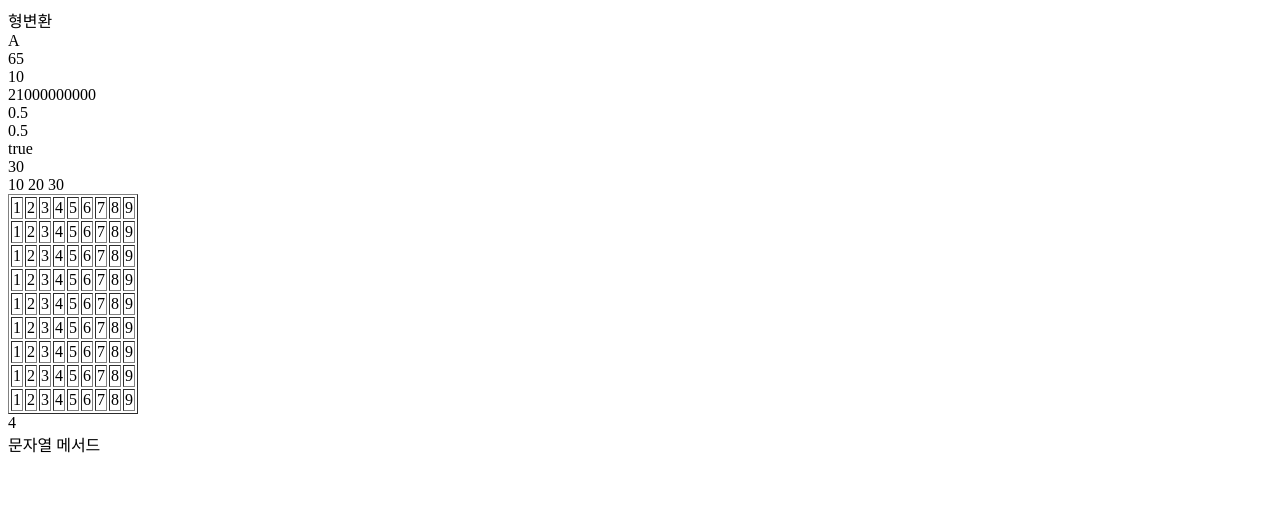
Repository: jeong3/Real_Time_Date
Page: http://localhost/jspGrammar1/Grammar1.jsp
The author's editor kept a copy of each file at every save. The page is drawn from the files as they stood at one save, then again after the next save.
The browser window is 1280 px wide. The pictures show the whole page.
The page is served by Tomcat 9.

Above is the page before, as saved 2024-08-30 05:22:52.

After the next save:
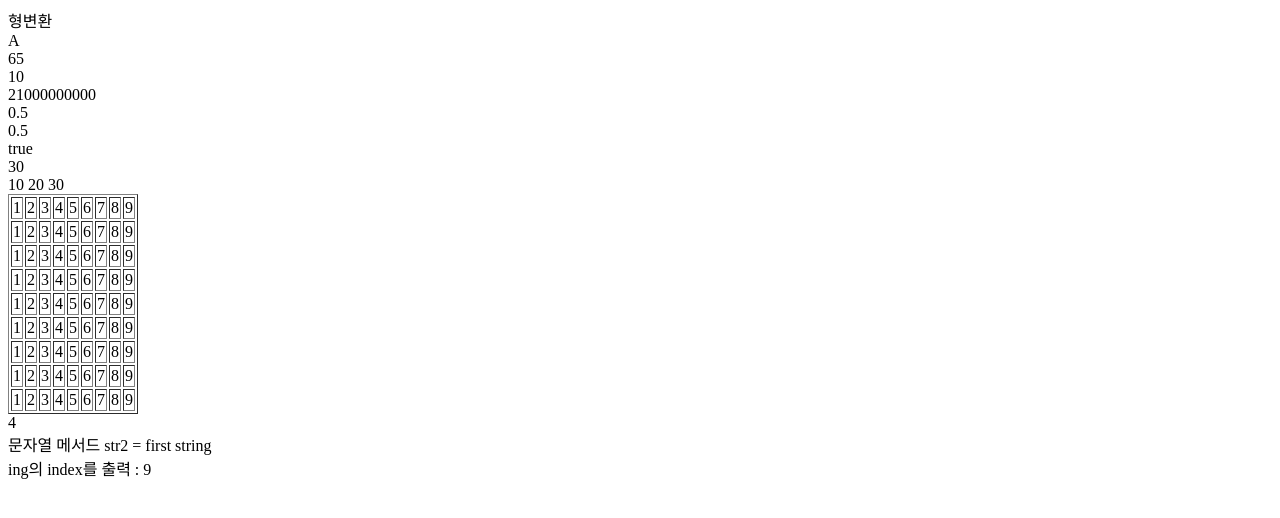
Saved 4 min 51 s later.
--- a/eclipse/eclipse-workspace/jspGrammar1/src/main/webapp/Grammar1.jsp
+++ b/eclipse/eclipse-workspace/jspGrammar1/src/main/webapp/Grammar1.jsp
@@ -70,7 +70,8 @@
 		String str2 = "first string";
 		String str3 = "second string";
 	%>
-
+	str2 = <%= str2 %><br />
+	ing의 index를 출력 : <%= str2.indexOf(("ing")) %>
 
 
 
